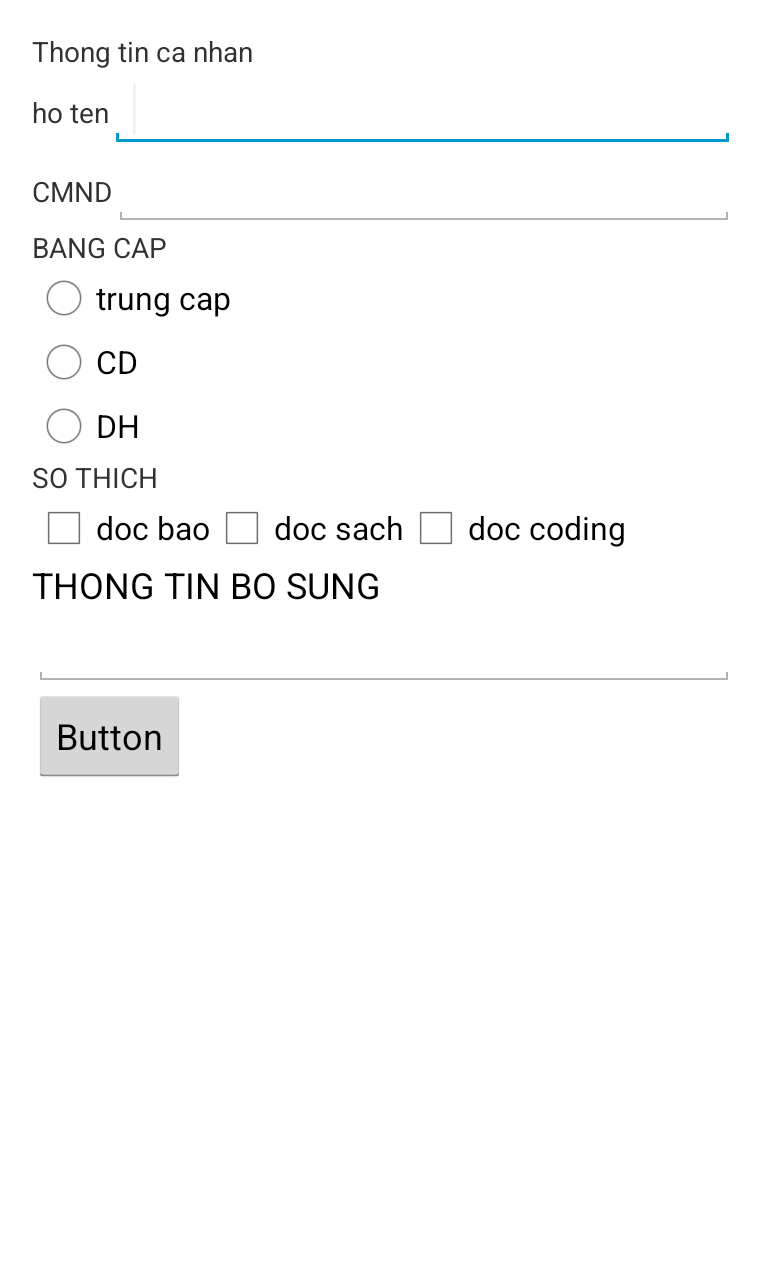
Repository: DoTrungKien96/Android
Layout: Baitap Android/bai11_hoso/res/layout/activity_main.xml
These files come from the project's save history. The layout is drawn as it stood at one moment and after the next save; the edit follows.
It is drawn on a 768 x 1280 px phone screen (xhdpi) without system bars, with theme AppTheme; the app's code is not run.

Above is the layout before, as saved 2017-05-07 03:41:12.

After the next save:
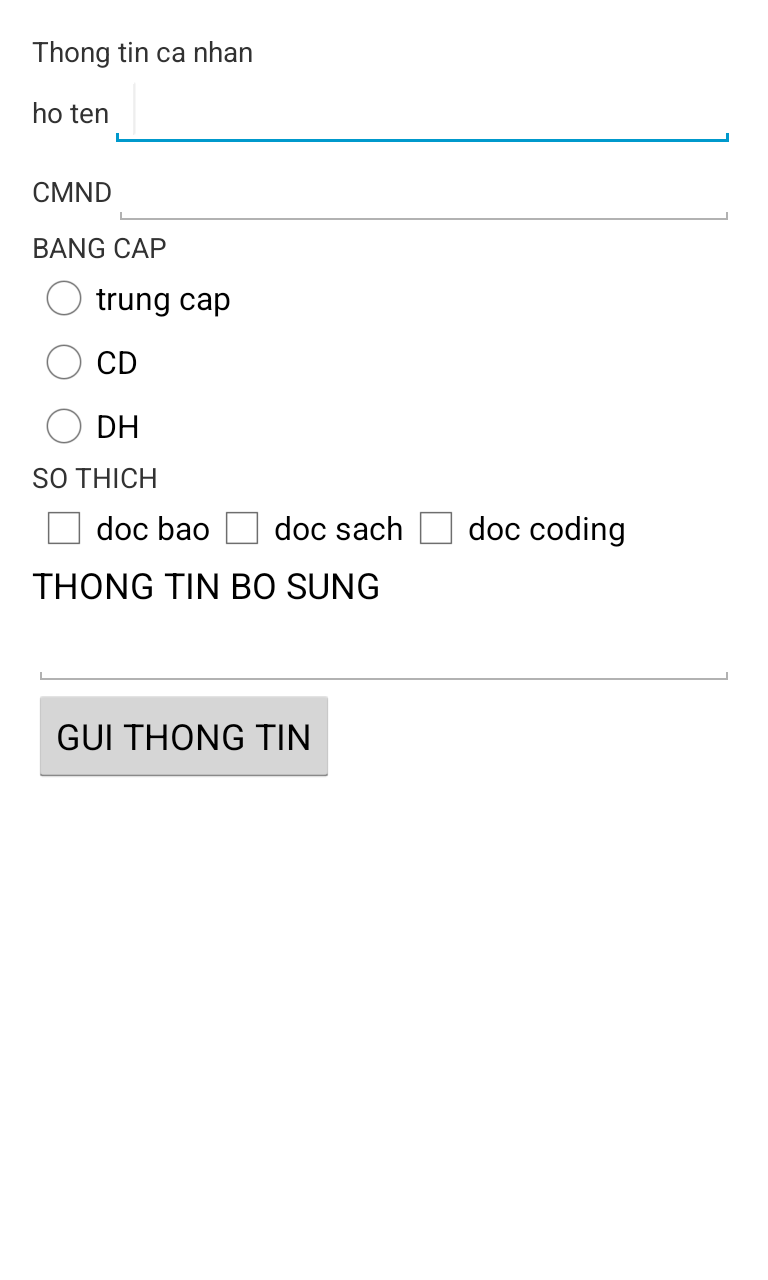
Saved 6 min 16 s later.
--- a/Baitap Android/bai11_hoso/res/layout/activity_main.xml
+++ b/Baitap Android/bai11_hoso/res/layout/activity_main.xml
@@ -26,7 +26,7 @@
             android:text="ho ten" />
 
         <EditText
-            android:id="@+id/editText1"
+            android:id="@+id/txthoten"
             android:layout_width="wrap_content"
             android:layout_height="wrap_content"
             android:layout_weight="1"
@@ -48,7 +48,7 @@
             android:text="CMND" />
 
         <EditText
-            android:id="@+id/editText2"
+            android:id="@+id/txtcmnd"
             android:layout_width="wrap_content"
             android:layout_height="wrap_content"
             android:layout_weight="1"
@@ -68,20 +68,21 @@
 
         <RadioGroup android:layout_width="match_parent"
             android:layout_height="match_parent">
+
         <RadioButton
-            android:id="@+id/radioButton1"
+            android:id="@+id/rdtrungcap"
             android:layout_width="wrap_content"
             android:layout_height="wrap_content"
             android:text="trung cap" />
 
         <RadioButton
-            android:id="@+id/radioButton2"
+            android:id="@+id/rdcd"
             android:layout_width="wrap_content"
             android:layout_height="wrap_content"
             android:text="CD" />
 
         <RadioButton
-            android:id="@+id/radioButton3"
+            android:id="@+id/rddh"
             android:layout_width="wrap_content"
             android:layout_height="wrap_content"
             android:text="DH" />
@@ -99,19 +100,19 @@
         android:layout_height="wrap_content" >
 
         <CheckBox
-            android:id="@+id/checkBox1"
+            android:id="@+id/ckdocbao"
             android:layout_width="wrap_content"
             android:layout_height="wrap_content"
             android:text="doc bao" />
 
         <CheckBox
-            android:id="@+id/checkBox2"
+            android:id="@+id/ckdocsach"
             android:layout_width="wrap_content"
             android:layout_height="wrap_content"
             android:text="doc sach" />
 
         <CheckBox
-            android:id="@+id/checkBox3"
+            android:id="@+id/ckdoccode"
             android:layout_width="wrap_content"
             android:layout_height="wrap_content"
             android:text="doc coding" />
@@ -126,7 +127,7 @@
         android:textAppearance="?android:attr/textAppearanceMedium" />
 
     <EditText
-        android:id="@+id/editText3"
+        android:id="@+id/txtbosung"
         android:layout_width="match_parent"
         android:layout_height="wrap_content"
         android:ems="10" />
@@ -135,6 +136,6 @@
         android:id="@+id/btngui"
         android:layout_width="wrap_content"
         android:layout_height="wrap_content"
-        android:text="Button" />
+        android:text="GUI THONG TIN" />
 
 </LinearLayout>
